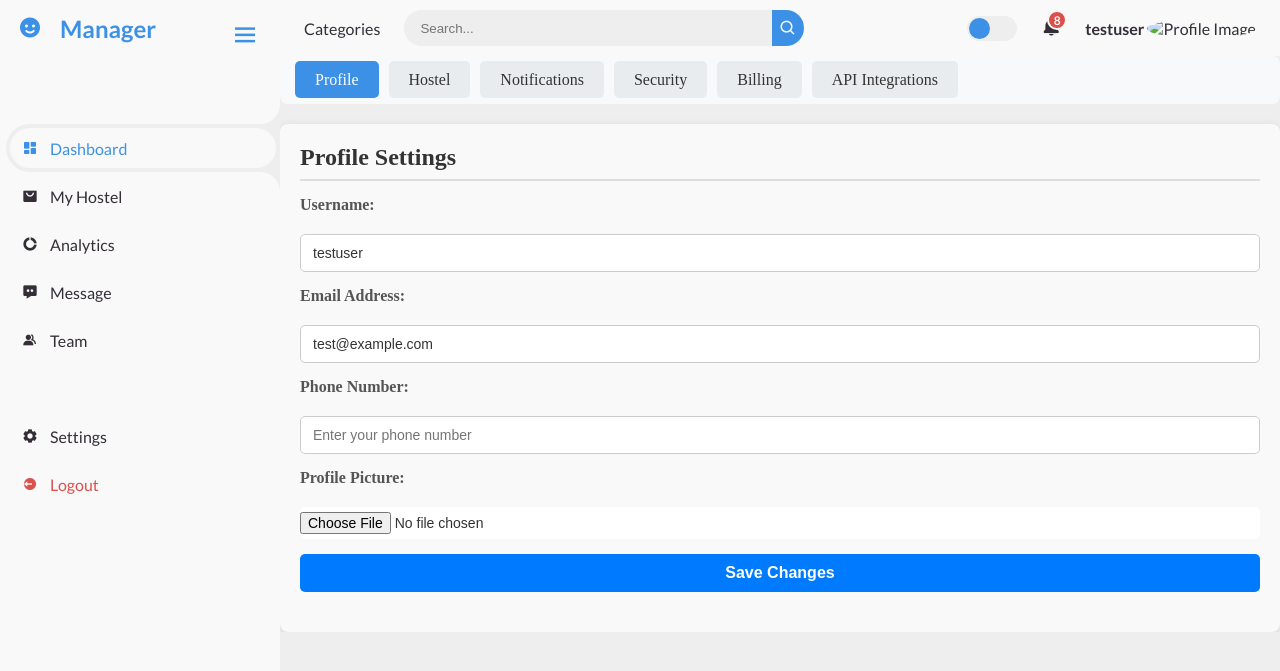
Repository: peter417waweru/hostelkona
Page: http://localhost/settings/
These files come from the project's save history. The page is drawn as it stood at one moment and after the next save; the edit follows.
The browser window is 1280 px wide. The pictures show the whole page.
The page is served by the project's application, run on Django 5.2 (hostelkona/manage.py). A made-up administrator, testuser (Test User, test@example.com), is signed in. Queries for data that is not in the repository find no rows.

Above is the page before, as saved 2025-01-26 12:08:27.
Console error: SyntaxError: Identifier 'sidebar' has already been declared

After the next save:
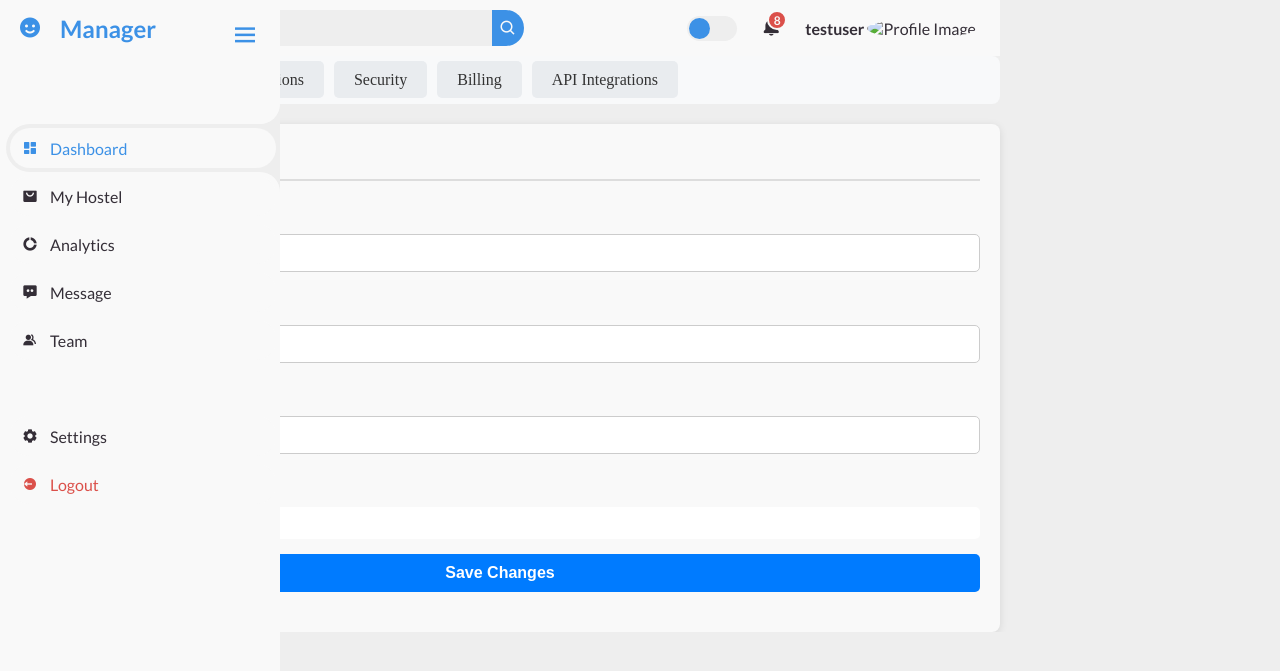
Saved 11 min 5 s later.
--- a/hostelkona/static/css/dashbase.css
+++ b/hostelkona/static/css/dashbase.css
@@ -238,19 +238,19 @@ body.dark .table-data .order {
 }
 
 
-
-
-/* CONTENT */
+/* CONTENT ADJUSTMENT */
 #content {
-	position: relative;
-	width: calc(100% - 280px);
-	left: 280px;
-	transition: .3s ease;
-}
+    width: calc(100% - 280px);
+    left: 280px;
+    transition: all 0.3s ease;
+}
+
 #sidebar.hide ~ #content {
-	width: calc(100% - 60px);
-	left: 60px;
-}
+    width: calc(100% - 60px); /* Adjust width for collapsed sidebar */
+    left: 60px; /* Align content with collapsed sidebar */
+}
+
+
 
 /* NAVBAR */
 #content nav {
